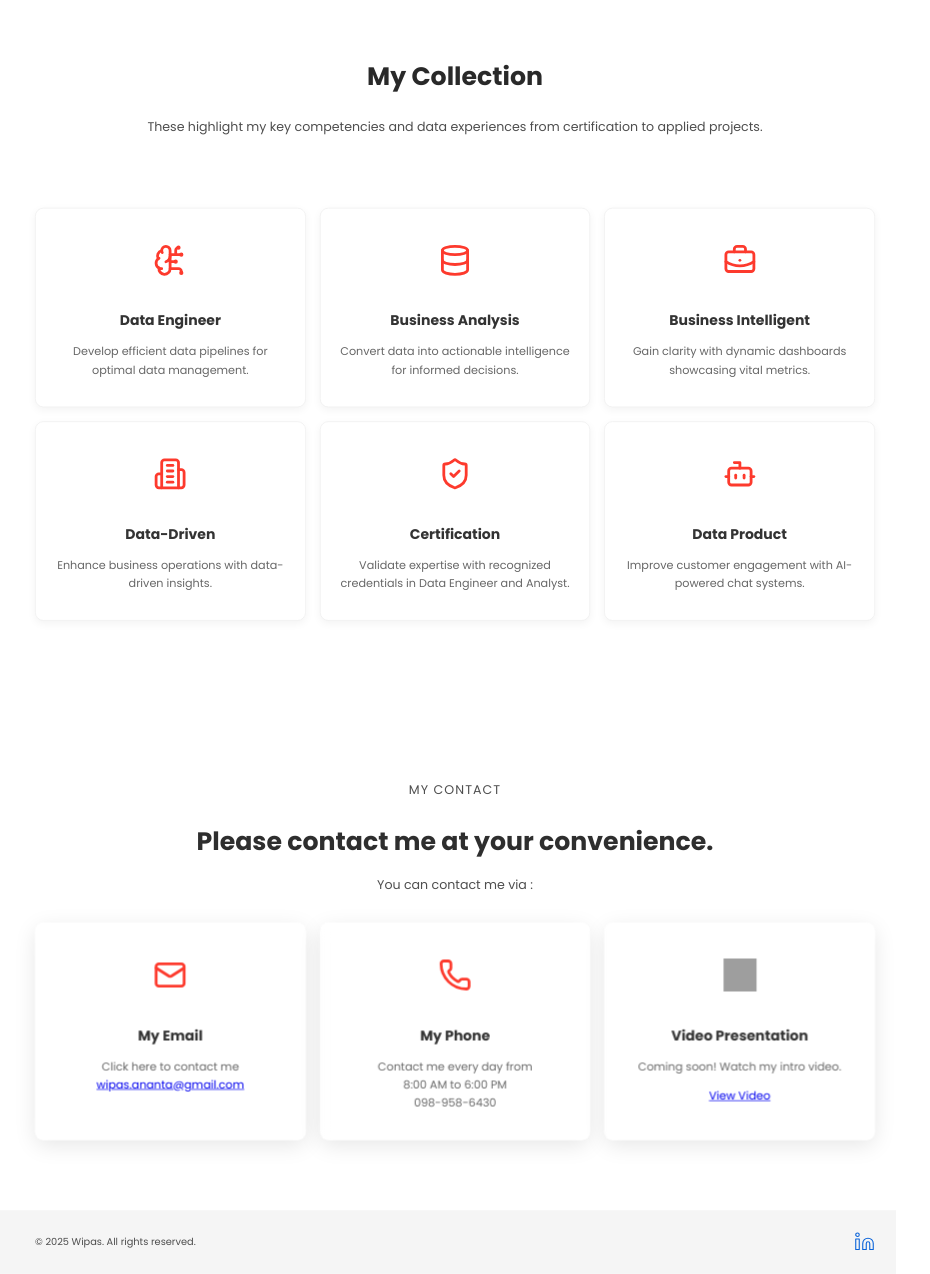
Repository: Wipas1919/Archive-portfolio
Page: index.html
These files come from the project's save history. The page is drawn as it stood at one moment and after the next save; the edit follows.
The browser window is 1280 px wide. The page is 1328 px wide, so the pictures cover 1328 px, including what lies to the right of the window. The pictures show the part of the page from y = 1597 to 3437 px (the page is 3417 px tall before and 3437 px after), at 70% of full size.
Pictures or frames that could not be fetched are drawn as grey boxes.

Above is the page before, as saved 2025-05-26 21:26:01.

After the next save:
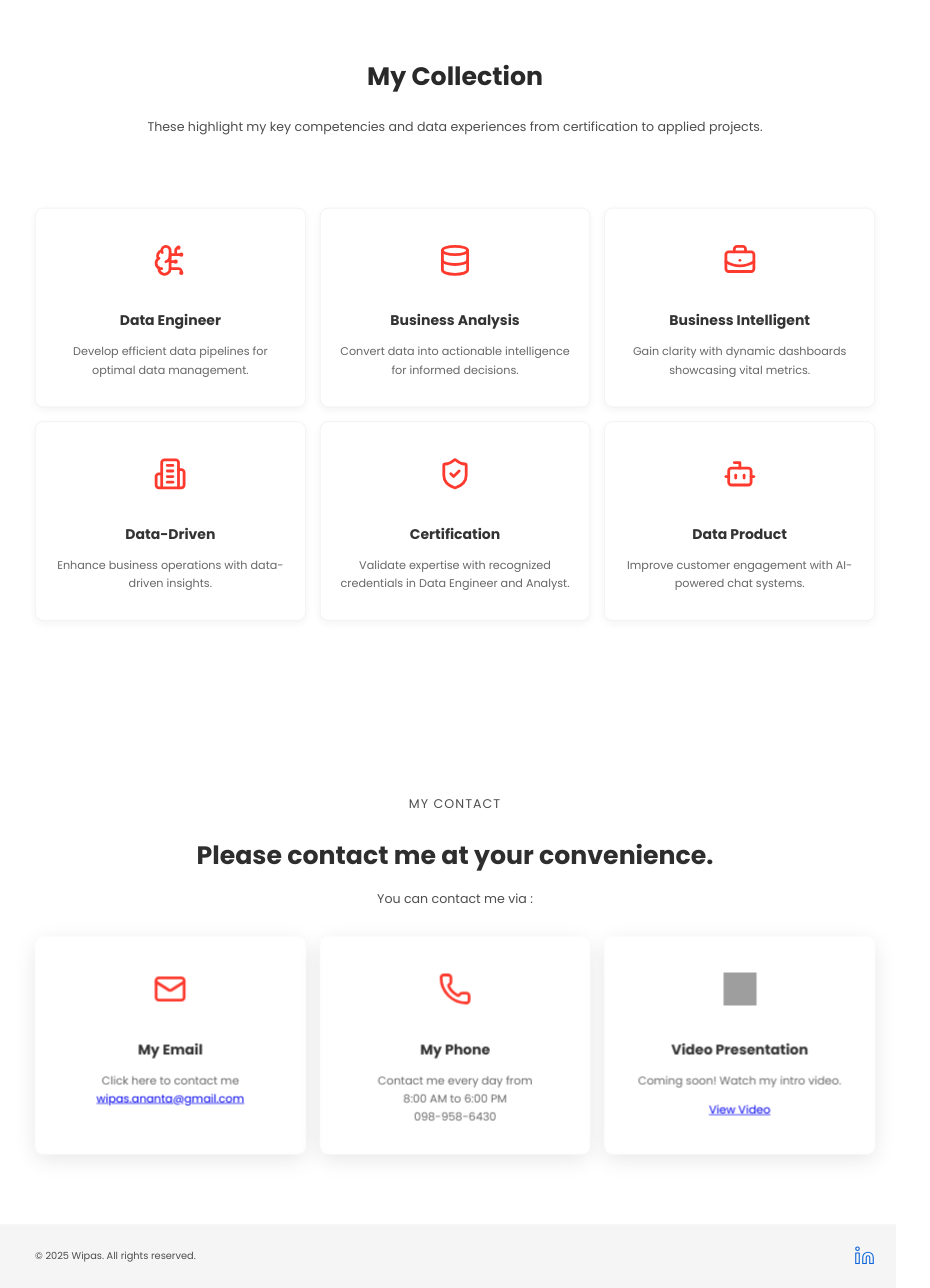
Saved 27 s later.
--- a/style/main.css
+++ b/style/main.css
@@ -277,7 +277,7 @@
 
 /* Projects Section */
 #projects {
-  margin-bottom: 10px;
+  margin-bottom: 30px;
 }
 
 .card-grid {

After the 3 saves that followed:
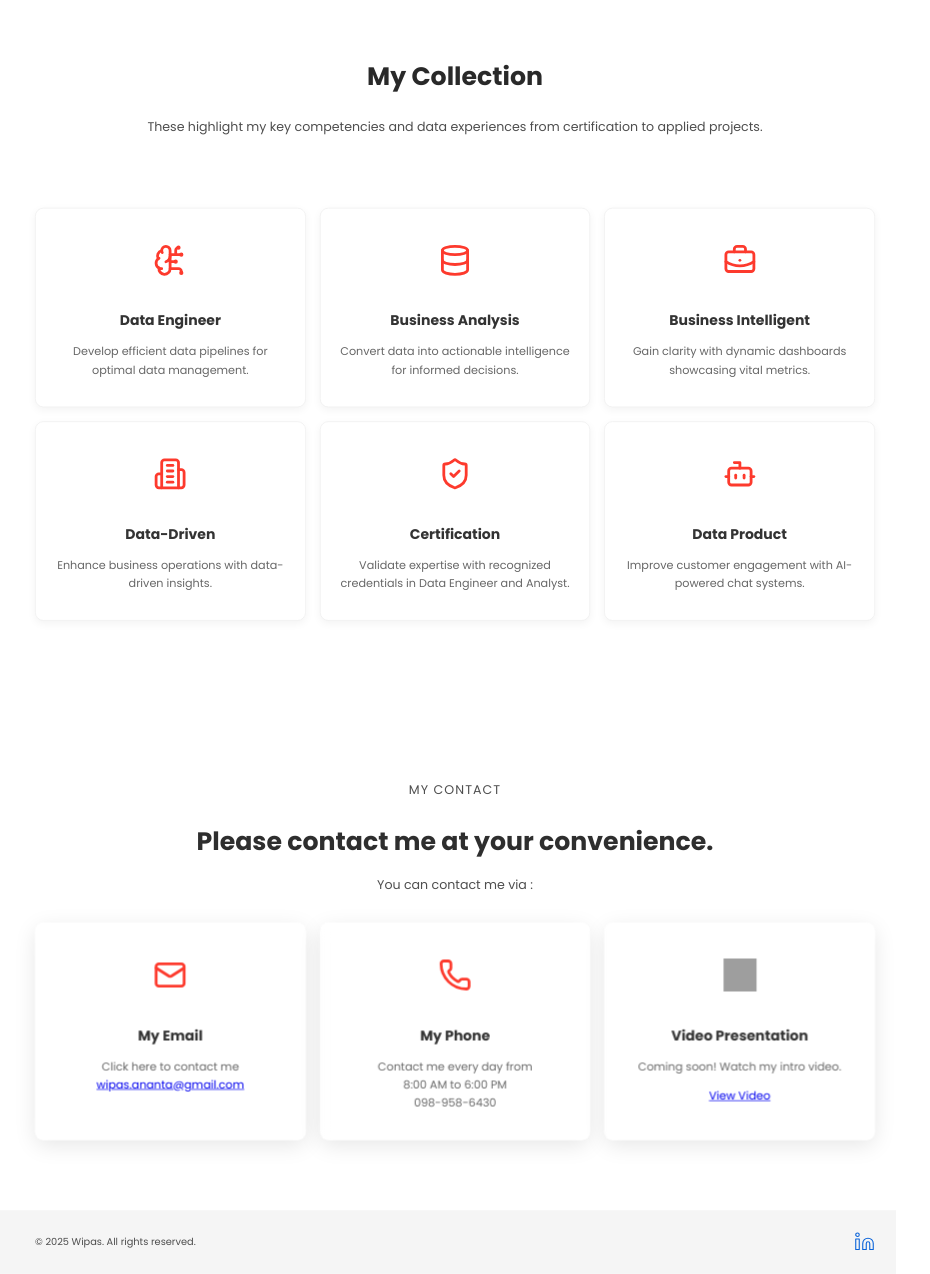
The 3 saves are shown as one change because they came seconds apart.
The last was saved 9 s later.
--- a/style/main.css
+++ b/style/main.css
@@ -277,7 +277,7 @@
 
 /* Projects Section */
 #projects {
-  margin-bottom: 30px;
+  margin-bottom: 10px;
 }
 
 .card-grid {
